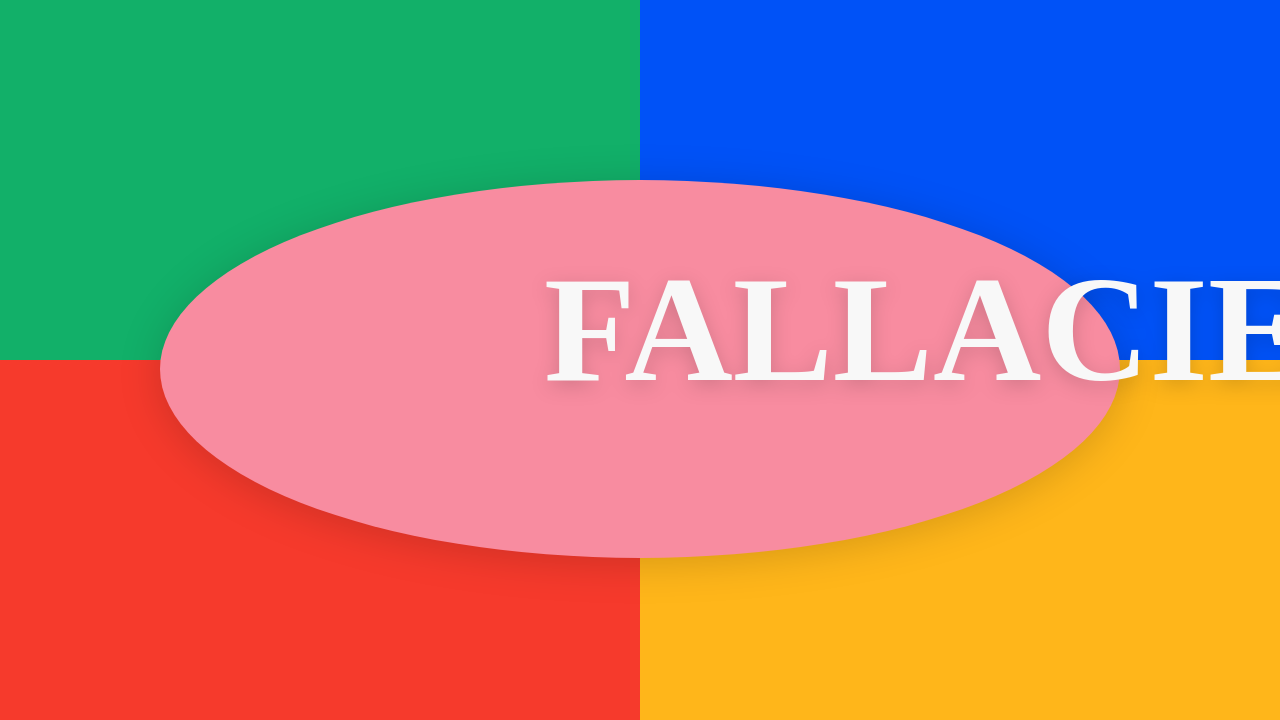
Repository: yafugray/fallacies
Page: project/Midterm project/index.html
The author's editor kept a copy of each file at every save. The page is drawn from the files as they stood at one save, then again after the next save.
The browser window is 1280 px wide. The pictures show the whole page.

Above is the page before, as saved 2020-03-12 14:55:10.

After the next save:
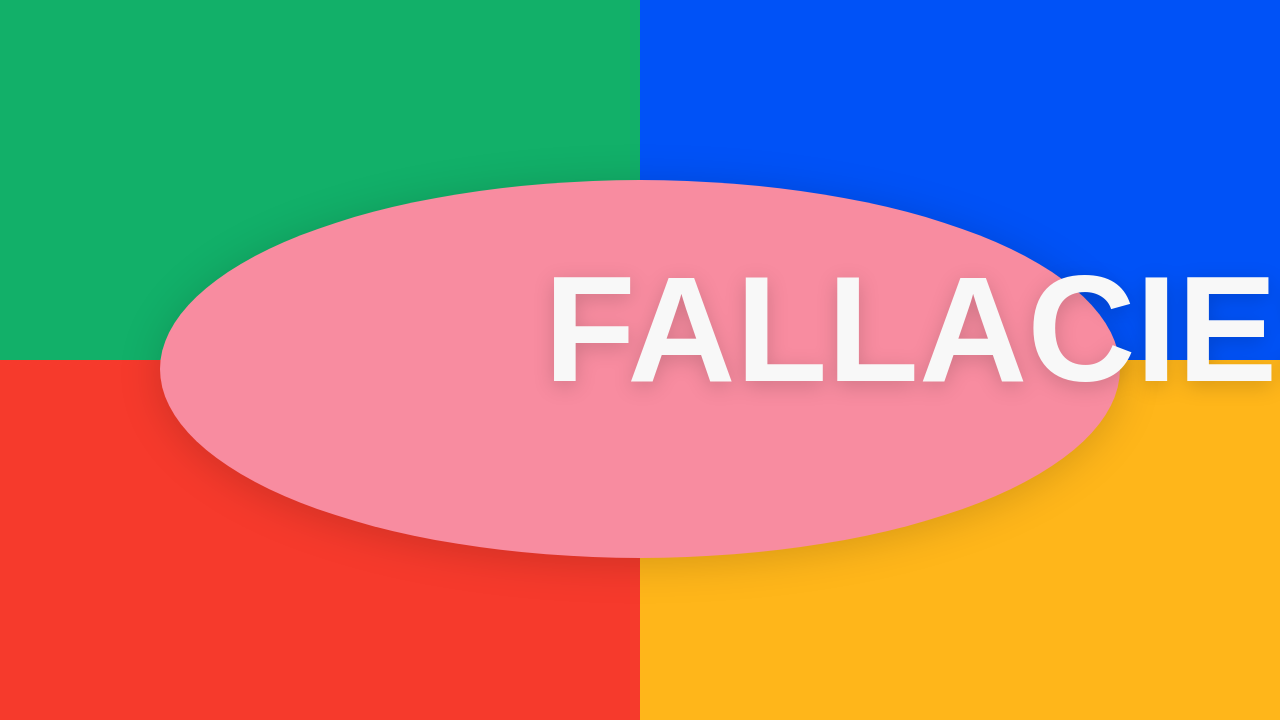
Saved 21 s later.
--- a/project/Midterm project/app.css
+++ b/project/Midterm project/app.css
@@ -100,9 +100,6 @@
     width: 100%;
     white-space: nowrap;
     text-align: left;
-    font-family: TitlingGothicFB Narrow;
-    font-style: normal;
-    font-weight: bold;
     font-size: 150px;
     color: rgba(248,248,248,1);
 }

After the save that followed:
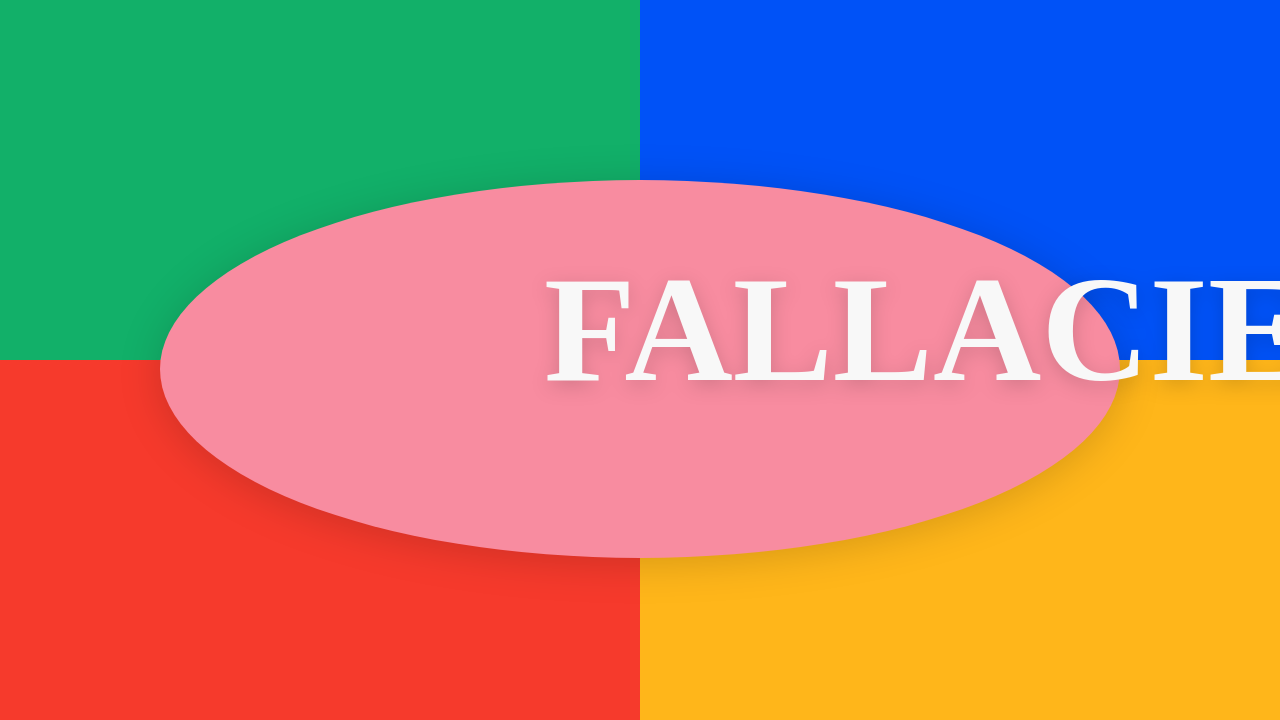
Saved 7 s later.
--- a/project/Midterm project/app.css
+++ b/project/Midterm project/app.css
@@ -100,6 +100,9 @@
     width: 100%;
     white-space: nowrap;
     text-align: left;
+    font-family: TitlingGothicFB Narrow;
+    font-style: normal;
+    font-weight: bold;
     font-size: 150px;
     color: rgba(248,248,248,1);
 }
